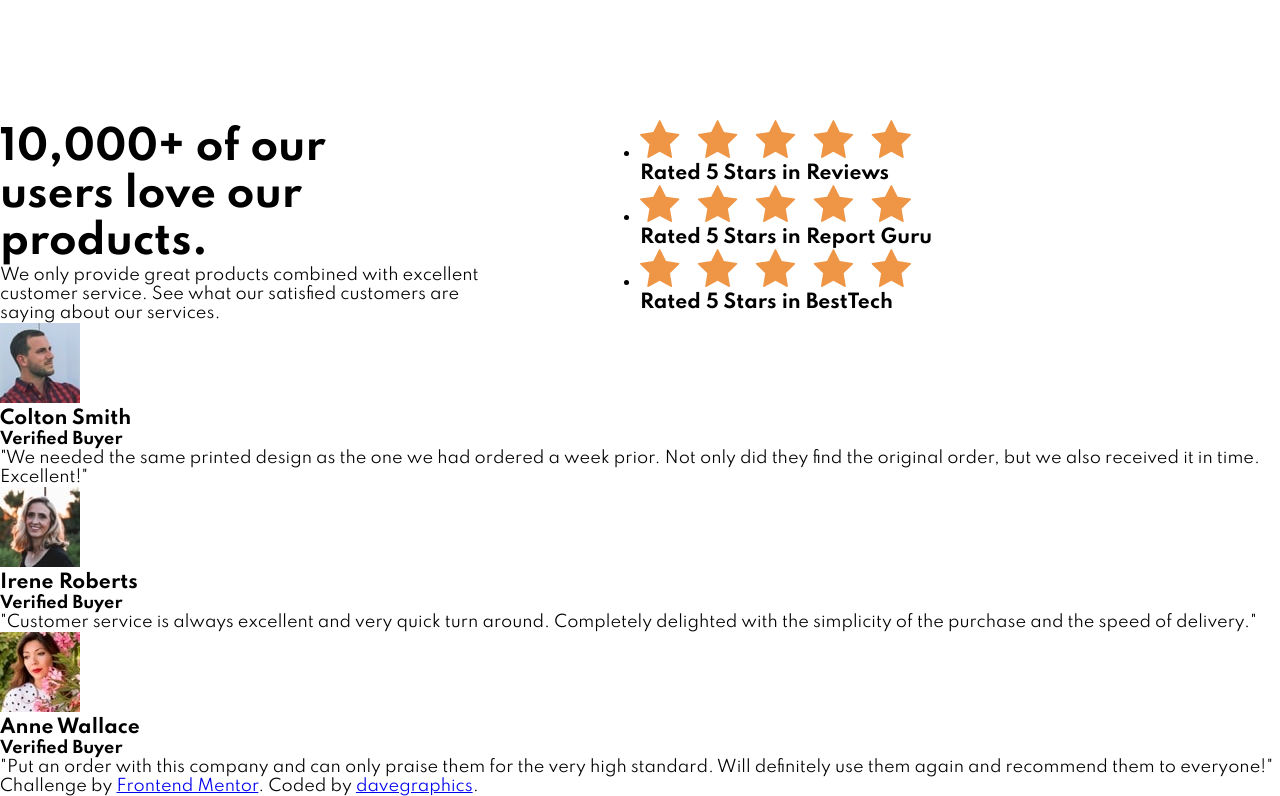
Repository: DejV44/social-proof-section-master
Page: index.html
These files come from the project's save history. The page is drawn as it stood at one moment and after the next save; the edit follows.
The browser window is 1280 px wide. The pictures show the whole page.
The style sheet was rebuilt from its Sass, Less or Tailwind sources for each picture, by a compiler version that may differ from the author's.

Above is the page before, as saved 2021-06-24 20:28:09.

### index.html
<!DOCTYPE html>

<html lang="en">
<head>
    <meta charset="UTF-8">
    <meta http-equiv="X-UA-Compatible" content="IE=edge">
    <meta name="viewport" content="width=device-width, initial-scale=1.0">
    <link rel="stylesheet" href="../css/main.css">
    <title>social-proof-section-master</title>
</head>
<body>
    <section class="main">
        <div class="titles">
            <h1 class="title">10,000+ of our <br>users love our <br>products.</h1>
            <p class="item-1">We only provide great products combined with excellent <br>customer service. See what our satisfied customers are <br>saying about our services.</p>
        </div>
        <div class="container">
            <ul>
                <li class="item1">
                    <img src="../img/stars.svg" alt="stars">
                    <h3>Rated 5 Stars in Reviews</h3>
                </li>
            </ul>

            <ul>
                <li class="item2">
                    <img src="../img/stars.svg" alt="stars">
                    <h3>Rated 5 Stars in Report Guru</h3>
                </li>
            </ul>

            <ul>
                <li class="item3">
                    <img src="../img/stars.svg" alt="stars">
                    <h3>Rated 5 Stars in BestTech</h3>
                </li>
            </ul>
        </div>
    </section>

    <section class="citate">
        <ul>
            <li>
                <div class="identy">
                    <img src="../img/image-colton.jpg" alt="stars">
                    <div>
                        <h3>Colton Smith</h3>
                        <h4>Verified Buyer</h4>
                    </div>
                </div>
                <blockquote>"We needed the same printed design as the one we had ordered a week prior. Not only did they find the original order, but we also received it in time. Excellent!"</blockquote>
            </li>
        </ul>

        <ul>
            <li>
                <div class="identy">
                    <img src="../img/image-irene.jpg" alt="stars">
                    <div>
                        <h3>Irene Roberts</h3>
                        <h4>Verified Buyer</h4>
                    </div>
                </div>
                <blockquote>"Customer service is always excellent and very quick turn around. Completely delighted with the simplicity of the purchase and the speed of delivery."</blockquote>
            </li>
        </ul>

        <ul>
            <li>
                <div class="identy">
                    <img src="../img/image-anne.jpg" alt="stars">
                    <div>
                        <h3>Anne Wallace</h3>
                        <h4>Verified Buyer</h4>
                    </div>
                </div>
                <blockquote>"Put an order with this company and can only praise them for the very high standard. Will definitely use them again and recommend them to everyone!"</blockquote>
            </li>
        </ul>
    </section>
    <div class="attribution">
        Challenge by
        <a href="https://www.frontendmentor.io?ref=challenge" target="_blank"
          >Frontend Mentor</a
        >. Coded by <a href="#">davegraphics</a>.
      </div>

</body>
</html>

### css/main.scss
@import url('https://fonts.googleapis.com/css2?family=Spartan:wght@400;500;700&display=swap');

*{
    margin: 0;
    padding: 0;
    -webkit-font-smoothing: antialiased;
    /*outline: 3px solid rgb(197, 197, 197);*/
}

:root {
    --primary-color: hsl(300, 43%, 22%);
    --soft-pink: hsl(333, 80%, 67%);
    --neutral-color: hsl(303, 10%, 53%);
    --light-color: hsl(300, 24%, 96%);
    --white: hsl(0, 0%, 100%);
}

body {
    margin: 0;
    padding: 0;
    //background: var(--white);
    font-family: 'Spartan', sans-serif;

    .main {
        margin: 120px auto 0 auto;
        max-width: 1440px;
        max-height: 400px;
        display: grid;
        grid-template-columns: 1fr 1fr;

        .titles {
            margin-right: 20%;

            .title {
                font-size: 40px;
                padding-top: 5px;
            }
        }
    }




}

After the next save:
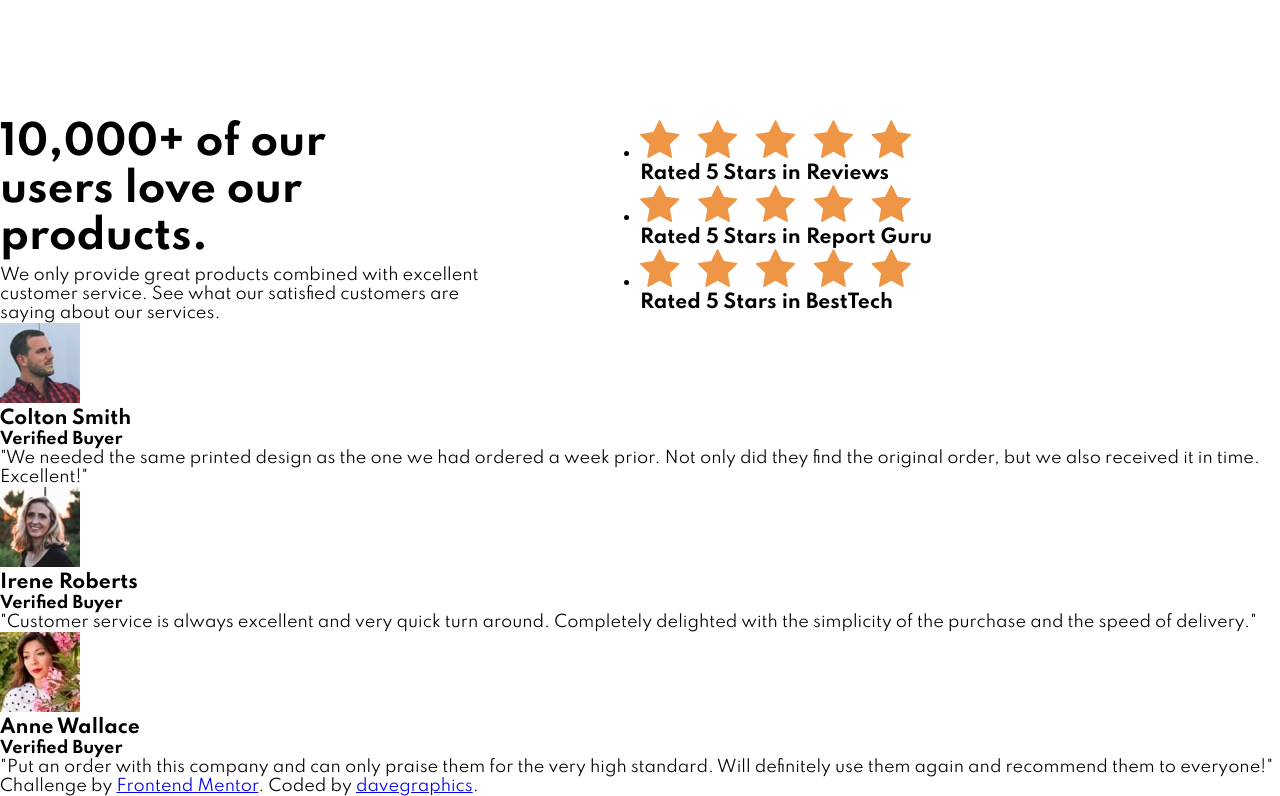
Saved 24 s later.
--- a/css/main.scss
+++ b/css/main.scss
@@ -33,7 +33,7 @@ body {
 
             .title {
                 font-size: 40px;
-                padding-top: 5px;
+                padding-bottom: 5px;
             }
         }
     }
